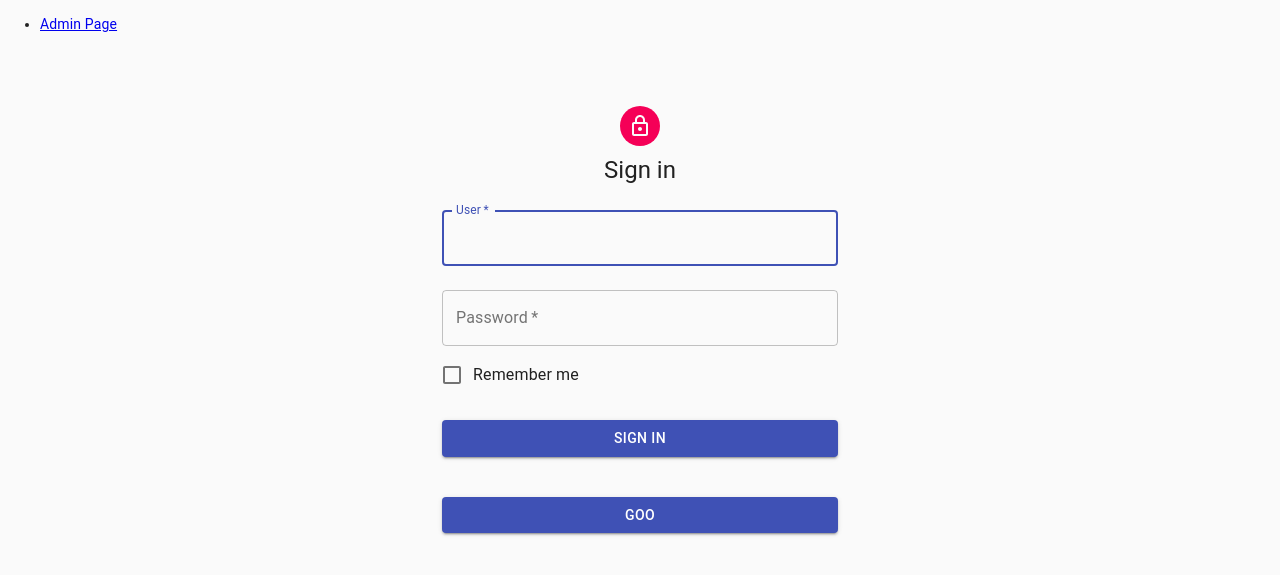
Repository: iznnull/models-front
Page: /
An editor plug-in stored every save of this project. The page is shown before and after the next save, followed by the edit.
The browser window is 1280 px wide. The pictures show the whole page.
The project was rebuilt for these pictures with package versions that can differ from the ones it lists, and the page was loaded fresh each time. Also part of the build but not shown: src/pages/Admin.js.

Above is the page before, as saved 2020-05-14 09:58:18.

After the next save:
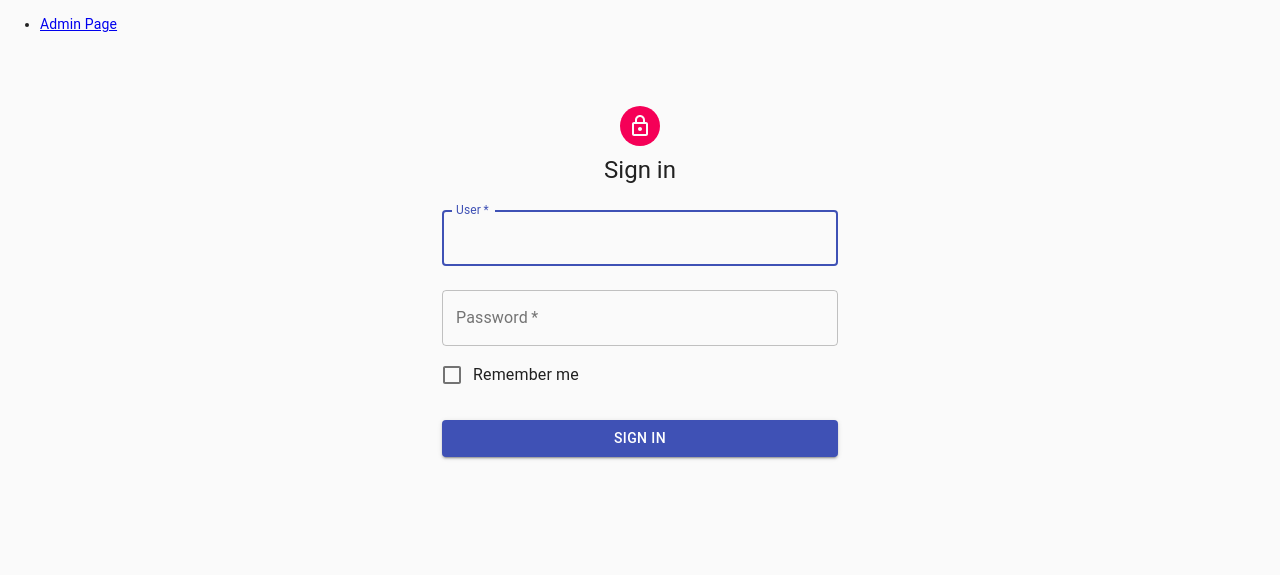
Saved 40 s later.
--- a/src/components/AuthForm.js
+++ b/src/components/AuthForm.js
@@ -58,11 +58,6 @@ function AuthForm(props) {
       });
     }
 
-    function goAdmin() {
-      console.log("Hey")
-      return <Redirect to="/admin"/>;
-    }
-
     return <Container component="main" maxWidth="xs">
         <CssBaseline />
         <div className={classes.paper}>
@@ -113,16 +108,6 @@ function AuthForm(props) {
                     Sign In
                 </Button>
             </form>
-            <Button
-                    type="submit"
-                    fullWidth
-                    variant="contained"
-                    color="primary"
-                    className={classes.submit}
-                    onClick={goAdmin}
-                >
-                    Goo
-                </Button>
         </div>
       </Container>;
 }
